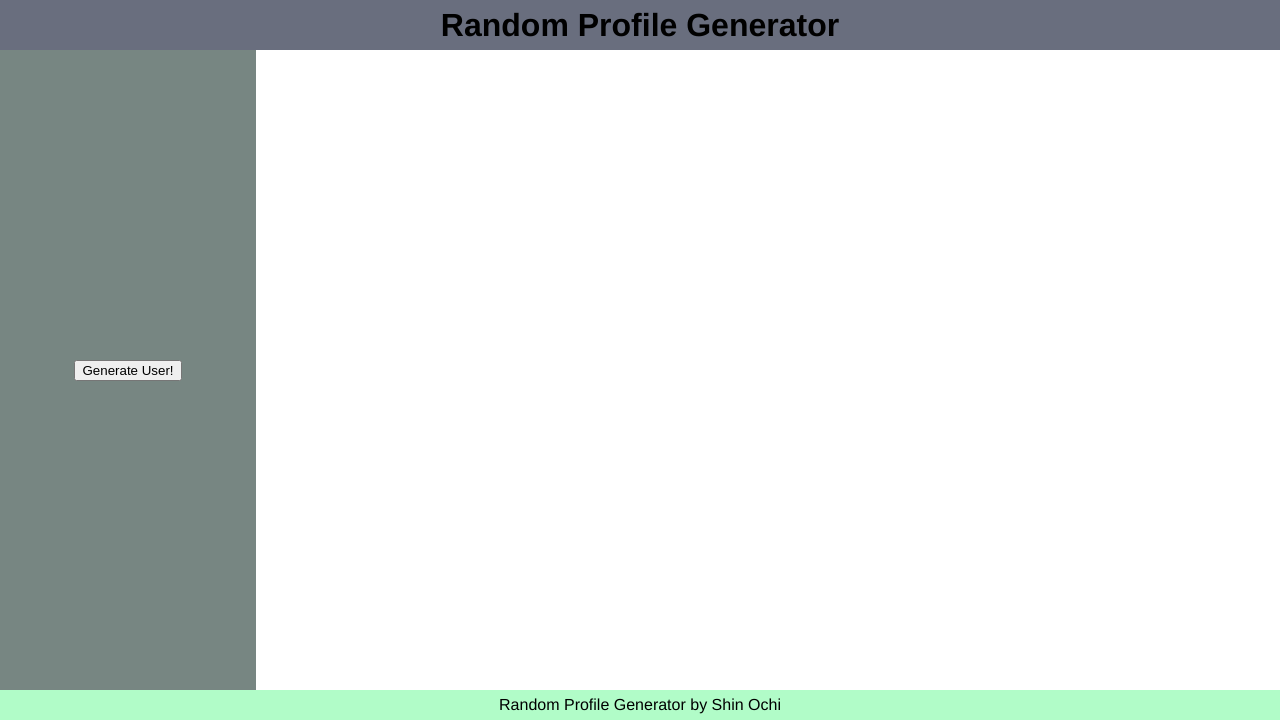
Repository: swaroopu-kr/Web-Application
Page: index.html
An editor plug-in stored every save of this project. The page is shown before and after the next save, followed by the edit.
The browser window is 1280 px wide. The pictures show the whole page.

Above is the page before, as saved 2021-11-01 16:48:43.

### index.html
<!DOCTYPE html>
<html>
  <head>
    <meta charset="utf-8">
    <meta name="viewport" content="width=device-width">
    <title>Ajax Weather Lab</title>
    <link href="./style.css" rel="stylesheet" type="text/css" />

    <script src="https://code.jquery.com/jquery-3.6.0.min.js" integrity="sha256-/xUj+3OJU5yExlq6GSYGSHk7tPXikynS7ogEvDej/m4=" crossorigin="anonymous"></script>

    <script defer src="./script.js"></script>
  </head>

  <body>

  <header>

    <h1>Random Profile Generator</h1>

    <br>
    <br>



    </header>

    <main>


    </main>

    <aside>

      <div><button id="btn">Generate User!</button></div>
   </aside>

   <footer>
    <p> Random Profile Generator by Shin Ochi</p>



  </footer>


</body>
</html>

### style.css

      * {
        box-sizing: border-box;
      }

      body {
        height: 100vh;
        margin: 0;
        font-family: Helvetica;
        display: grid;
        /* mobile first - single column */
        grid-template-columns: 1fr;
        grid-template-rows: 50px 30px auto 100px;

      }

      header {
        grid-area: hdr;
        background-color: #696e7e;
      }

      footer {
        grid-area: ftr;
        background-color: #b1fcc8;
      }

      aside{

        background-color: #0421188a;

      }





      header,
      footer,
      aside {
        display: flex;
        justify-content: center;
        align-items: center;
      }

      @media only screen and (min-width: 768px) {
        body {
          grid-template-columns: 1fr 4fr;
          grid-template-rows: 50px auto 30px;
          grid-template-areas:
          "hdr hdr"
          "side content"
          "ftr ftr";
        }

      }



    #p, main {
      display: flex;
      padding: 1rem;
      border-radius: 7px;
      margin: .15rem;
      text-shadow: 2px 3px 5px #000000;
      /* rem stands for root element metric - by default it's equal to 16 */
      grid-area: content;
        color: white;
        align-items: left;
    }



    .flex-grid {
      display: flex;
      flex-wrap: wrap;
      height: 500px;
      width: 50%;
    }
    .grid-item {
      flex: 1 1 calc(100% - 50px);
      background: #F90;
      border-top: solid 1px #000;
      width: 50%;
    }
    .grid-item:nth-child(odd) {
      background: #F00;
      flex: 0 0 50px;
      width: 50%;

    }

### script.js



BASE_URL = 'https://randomuser.me/api/?results=3';

const $main = $('main');


let btn = document.getElementById('btn');

btn.addEventListener("click", function () {
  fetch(BASE_URL)
    .then(parseJSON)
    .then(newUser)
});

function parseJSON(seperate) {
  return seperate.json();
}

//array info below.

function newUser(profile) {
  $main.html(`

  <div class="flex-grid">
  <div class="grid-item">


  <img src="${profile.results[0].picture.medium}">
  <p>Name: ${profile.results[0].name.first + " " + profile.results[0].name.last}</p>

  <p>Sex: ${profile.results[0].gender}</p>
  <p>Age: ${profile.results[0].dob.age}</p>
  <p>User Name: ${profile.results[0].login.username}</p>
  <p>Email: ${profile.results[0].email}</p>
  <p>Location: ${ profile.results[0].location.city + " " + profile.results[0].location.state}</p>
  <p>Phone: ${ profile.results[0].cell}</p>


  </div>


<br>
<br>

<div class="grid-item">
<img src="${profile.results[1].picture.medium}">
  <p>Name: ${profile.results[1].name.first + " " + profile.results[1].name.last}</p>
  <p>Sex: ${profile.results[1].gender}</p>
  <p>Age: ${profile.results[1].dob.age}</p>
  <p>User Name: ${profile.results[1].login.username}</p>
  <p>Email: ${profile.results[1].email}</p>
  <p>Location: ${ profile.results[1].location.city + " " + profile.results[1].location.state}</p>
  <p>Phone: ${ profile.results[1].cell}</p>
  </div>

<br>
<br>
<div class="grid-item">
<img src="${profile.results[2].picture.medium}">
  <p>Name: ${profile.results[2].name.first + " " + profile.results[2].name.last}</p>
  <p>Sex: ${profile.results[2].gender}</p>
  <p>Age: ${profile.results[2].dob.age}</p>
  <p>User Name: ${profile.results[2].login.username}</p>
  <p>Email: ${profile.results[2].email}</p>
  <p>Location: ${ profile.results[2].location.city + " " + profile.results[2].location.state}</p>
  <p>Phone: ${ profile.results[2].cell}</p>
  </div>
  <div class="grid-item">
  <br>
  <img src="${profile.results[2].picture.medium}">
  <p>Name: ${profile.results[2].name.first + " " + profile.results[2].name.last}</p>
  <p>Sex: ${profile.results[2].gender}</p>
  <p>Age: ${profile.results[2].dob.age}</p>
  <p>User Name: ${profile.results[2].login.username}</p>
  <p>Email: ${profile.results[2].email}</p>
  <p>Location: ${ profile.results[2].location.city + " " + profile.results[2].location.state}</p>
  <p>Phone: ${ profile.results[2].cell}</p>


  </div>
  </div>
`);

  return;
}

After the next save:
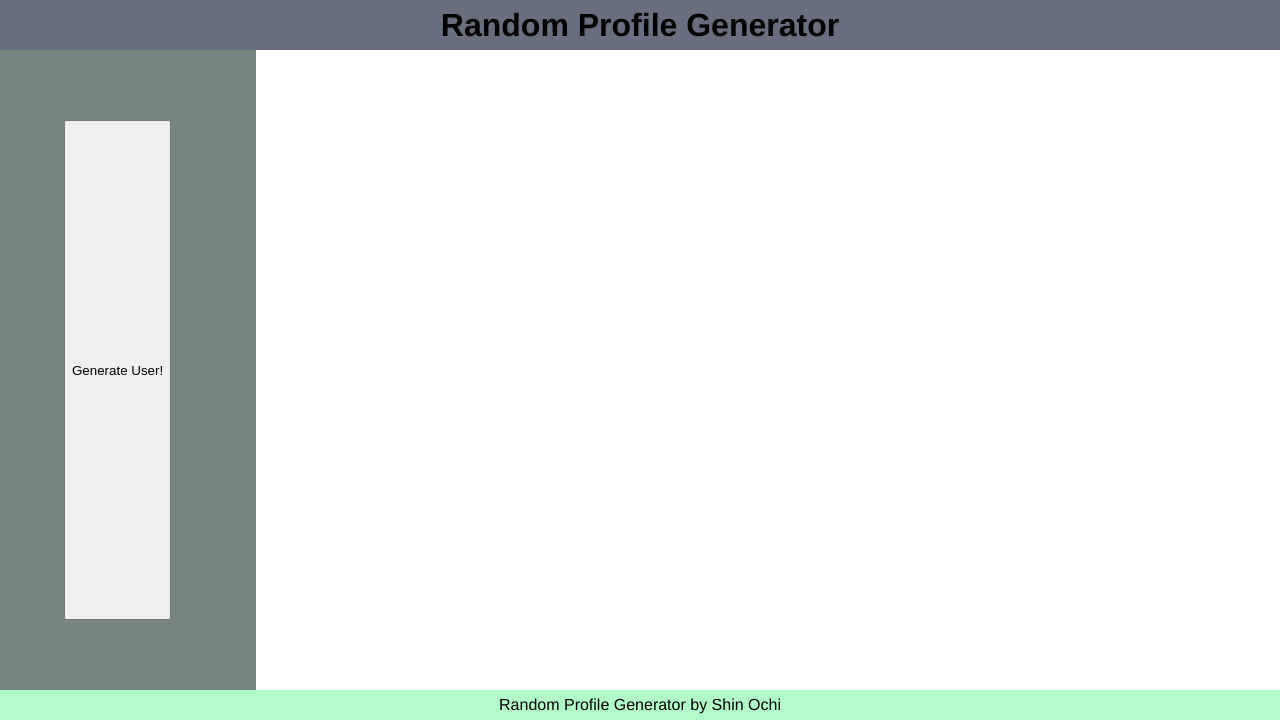
Saved 25 s later.
--- a/style.css
+++ b/style.css
@@ -70,7 +70,7 @@
 
 
 
-    .flex-grid {
+    .flex-grid, div {
       display: flex;
       flex-wrap: wrap;
       height: 500px;

After the 2 saves that followed:
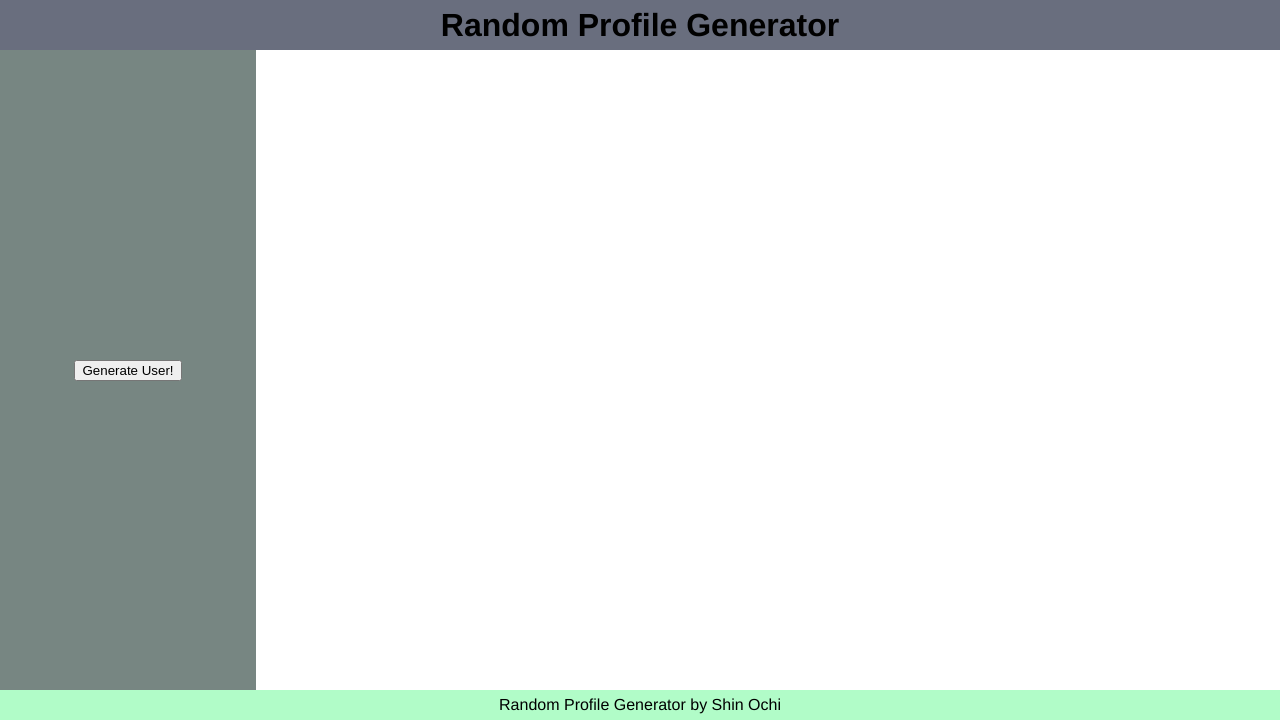
The 2 saves are shown as one change because they came seconds apart.
The last was saved 8 s later.
--- a/style.css
+++ b/style.css
@@ -70,7 +70,7 @@
 
 
 
-    .flex-grid, div {
+    .flex-grid {
       display: flex;
       flex-wrap: wrap;
       height: 500px;
